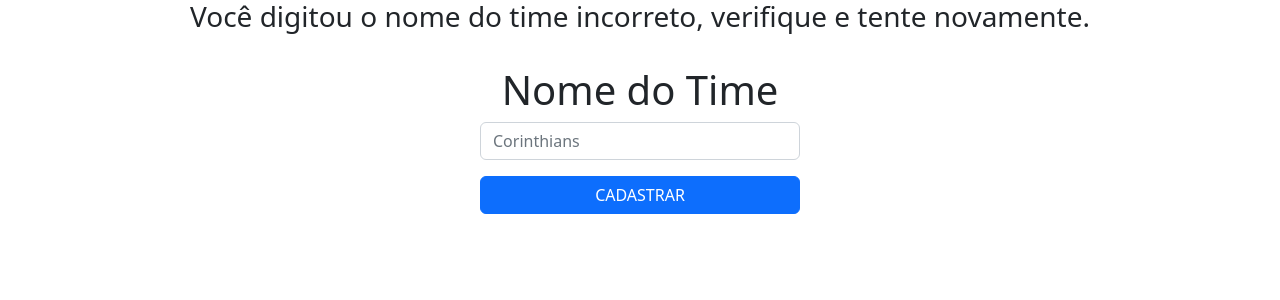
Repository: ricardodamaceno/Coeficiente-de-Variacao-de-Gols
Page: http://localhost/add-erro
The author's editor kept a copy of each file at every save. The page is drawn from the files as they stood at one save, then again after the next save.
The browser window is 1280 px wide. The pictures show the whole page.
The page is this project's Thymeleaf template; nobody is signed in. The template is opened directly, without the code that normally fills it, so the values that code supplies are empty.

Above is the page before, as saved 2022-09-14 14:27:27.

After the next save:
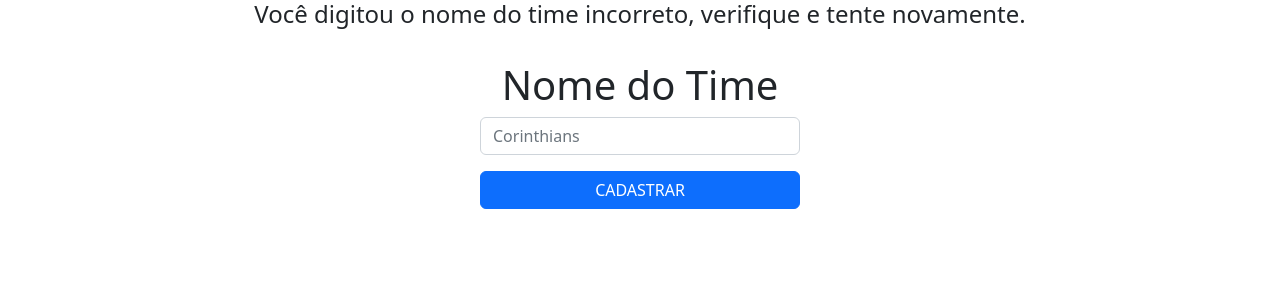
Saved 14 s later.
--- a/aposta-tozo/src/main/resources/templates/add-erro.html
+++ b/aposta-tozo/src/main/resources/templates/add-erro.html
@@ -13,7 +13,7 @@
 </head>
 
 <body>
-<h3 class="mb-3 text-center">Você digitou o nome do time incorreto, verifique e tente novamente.</h3>
+<h4 class="mb-3 text-center">Você digitou o nome do time incorreto, verifique e tente novamente.</h4>
 <div class="col-md-3 rounded mx-auto d-block">
 	<form method="post" action="/add">
 		<div class="mb-3 text-center">
